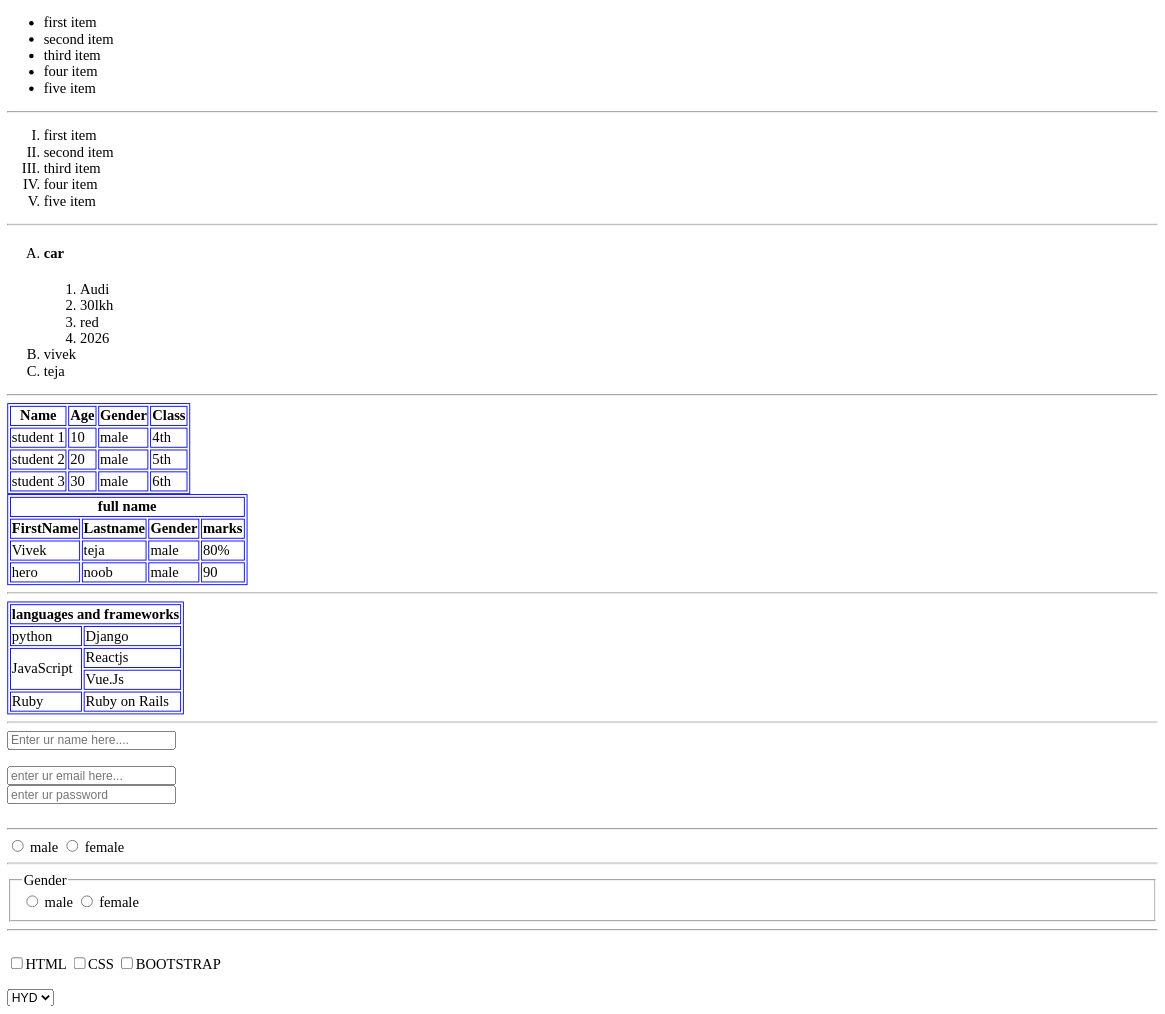
Repository: viveknaidu007/repo-166-Full-Stack-Development-Learning-Notes-Innomatics-2024
Page: module_1-html,css,bootstrap/spet_20_2024/index.html
The author's editor kept a copy of each file at every save. The page is drawn from the files as they stood at one save, then again after the next save.
The browser window is 1280 px wide. The pictures show the whole page, at 91% of full size.

Above is the page before, as saved 2024-09-21 14:39:22.

### module_1-html,css,bootstrap/spet_20_2024/index.html
<!DOCTYPE html>
<html lang="en">
<head>
    <meta charset="UTF-8">
    <meta name="viewport" content="width=device-width, initial-scale=1.0">
    <title>intro</title>
    <style>
        table,th,td{
            border:1px solid blue;
        }
    </style>
</head>
<body>
    <ul>
        <li> first item</li>
        <li> second item</li>
        <li> third item</li>
        <li> four item</li>
        <li> five item</li>
    </ul>

    <hr>

    <ol type="I">
        <li> first item </li>
        <li> second item </li>
        <li> third item </li>
        <li> four item </li>
        <li> five item </li>
    </ol>

    <hr>

    <ol type="A">
        <li>
            <h4> car </h4>
            <ol>
                <li> Audi </li>
                <li> 30lkh </li>
                <li> red </li>
                <li> 2026 </li>
            </ol>
        </li>
        <li> vivek </li>
        <li> teja </li>
    </ol>

    <hr>

    <table>
        <tr>
            <th> Name </th>
            <th> Age </th>
            <th> Gender </th>
            <th> Class </th>
        </tr>

        <tr>
            <td> student 1</td>
            <td> 10 </td>
            <td> male </td>
            <td> 4th</td>
        </tr>

        <tr>
            <td> student 2</td>
            <td> 20 </td>
            <td> male </td>
            <td> 5th</td>
        </tr>

        <tr>
            <td> student 3</td>
            <td> 30 </td>
            <td> male </td>
            <td> 6th </td>
        </tr>


    </table>

    <table>
        <tr>
            <th colspan="4"> full name </th>
        </tr>
        <tr>
            <th> FirstName </th>
            <th> Lastname </th>
            <th> Gender </th>
            <th> marks </th>
        </tr>
        <tr>
            <td>Vivek</td>
            <td>teja</td>
            <td>male</td>
            <td>80%</td>
        </tr>
        <tr>
            <td> hero </td>
            <td> noob </td>
            <td> male </td>
            <td> 90 </td>
        </tr>

    </table>
    <hr>
    <table>
        <tr>
            <th colspan="2"> languages and frameworks </th>
        </tr>
        <tr>
            <td>python</td>
            <td>Django</td>
        </tr>
        <tr>
            <td rowspan="2">JavaScript</td>
            <td>Reactjs</td>
        </tr>
        <tr>
            <td>Vue.Js</td>
        </tr>
        <tr>
            <td>Ruby</td>
            <td>Ruby on Rails</td>
        </tr>
    </table>

    <hr>

    <input type="text" placeholder="Enter ur name here...."/>
    <br>
    <br>
    <input type="email" placeholder="enter ur email here..."/>
    <br>
    <input type="password" placeholder="enter ur password"/>
    <br> <br> <hr>
    <input type="radio" name="Gender" id="">
    male
    <input type="radio" name="Gender" id="">
    female
    <br>
    <hr>
    <fieldset>
        <legend>Gender</legend>
        <input type="radio" name="gender" id="" />
        male
        <input type="radio" name="gender" id="" />
        female
    </fieldset>
    <hr>
    <br>
    <input type="checkbox" name="" id="">HTML
    <input type="checkbox" name="" id="">CSS
    <input type="checkbox" name="" id="">BOOTSTRAP
    <br> <br>
    <select name="" id="">
        <option value="">HYD</option>
        <option value="">MI</option>
        <option value="">kl</option>
        <option value="">mn</option>
    </select>
</body>
</html>

After the next save:
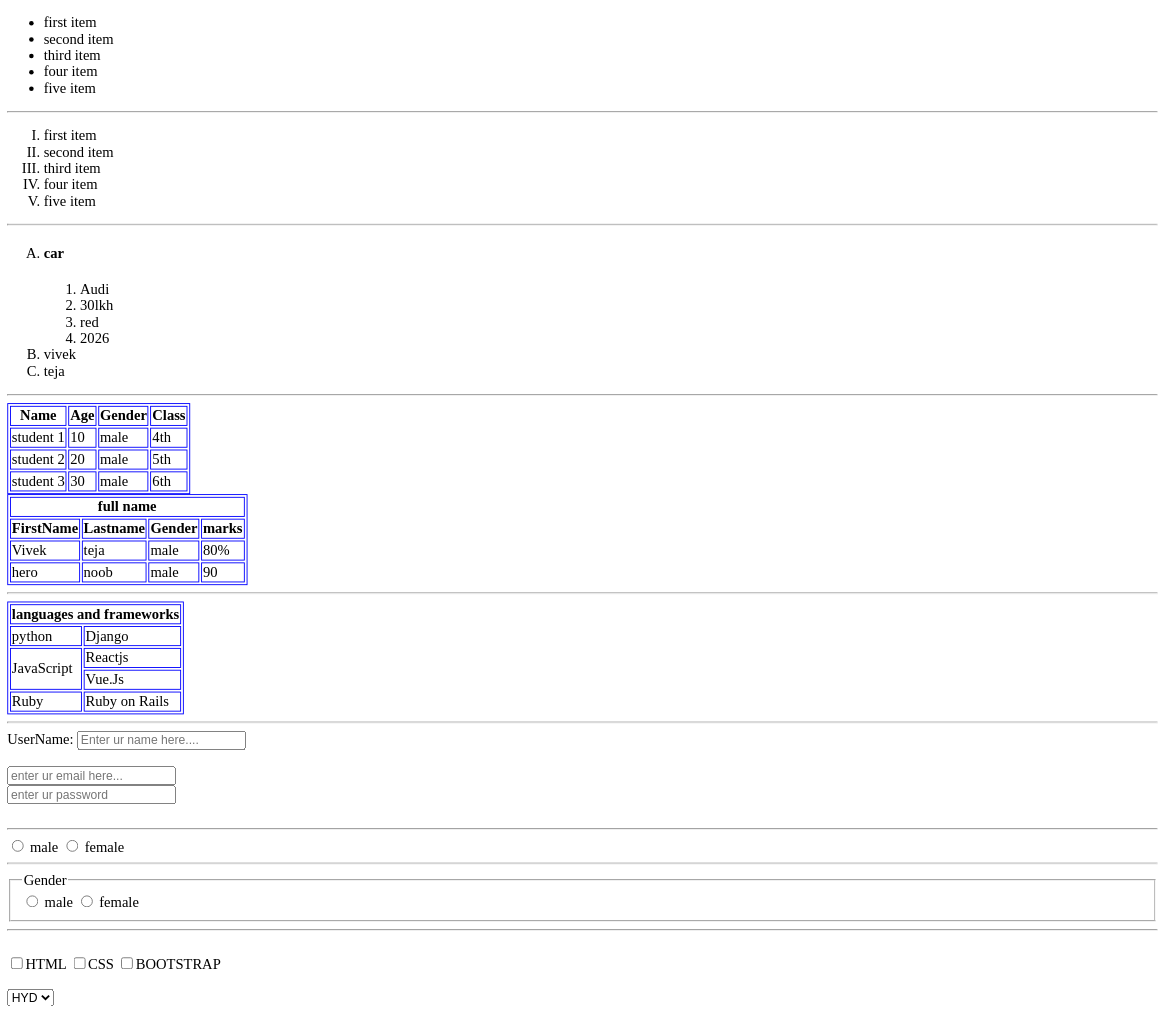
Saved 6 min 46 s later.
--- a/module_1-html,css,bootstrap/spet_20_2024/index.html
+++ b/module_1-html,css,bootstrap/spet_20_2024/index.html
@@ -126,7 +126,7 @@
     </table>
 
     <hr>
-
+    <label for="name"> UserName: </label>
     <input type="text" placeholder="Enter ur name here...."/>
     <br>
     <br>
@@ -159,5 +159,10 @@
         <option value="">kl</option>
         <option value="">mn</option>
     </select>
+
+
+
+
+
 </body>
 </html>
